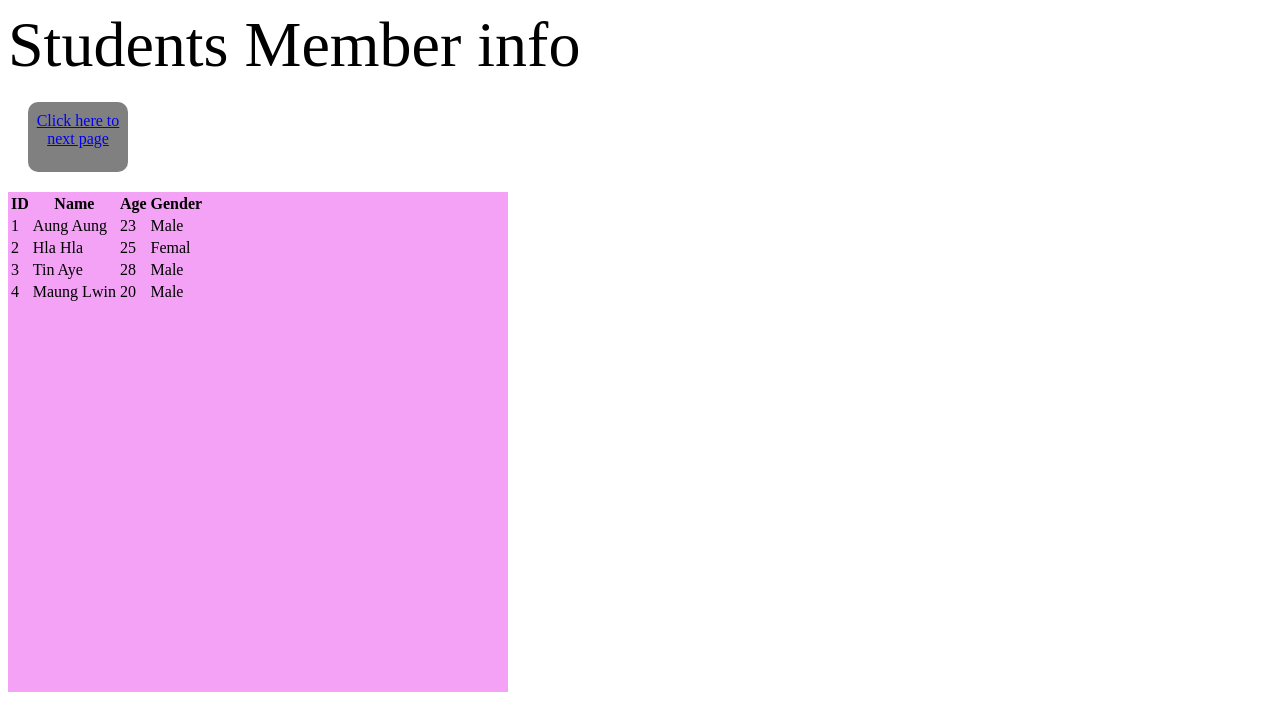
Repository: ThantLwinSoe/Servlet
Page: 01-Communication/src/main/webapp/index.html
An editor plug-in stored every save of this project. The page is shown before and after the next save, followed by the edit.
The browser window is 1280 px wide. The pictures show the whole page.

Above is the page before, as saved 2023-02-07 02:47:55.

After the next save:
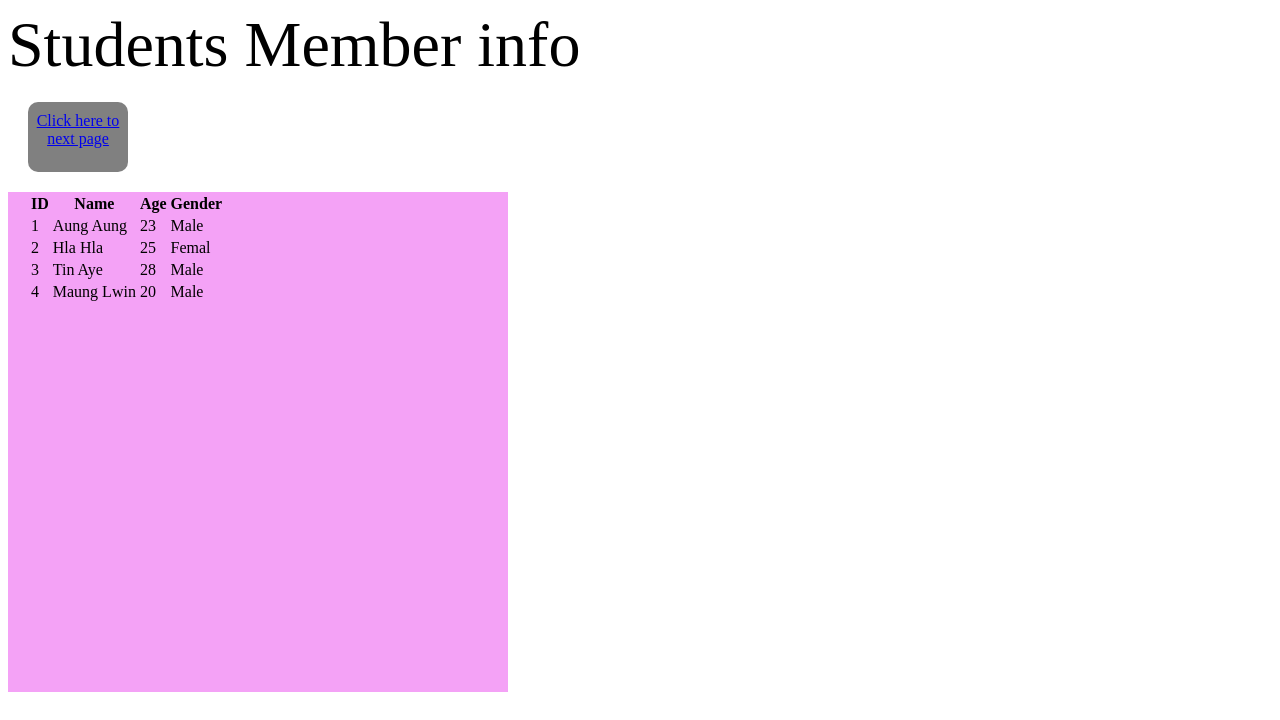
Saved 48 s later.
--- a/01-Communication/src/main/webapp/index.html
+++ b/01-Communication/src/main/webapp/index.html
@@ -21,6 +21,9 @@ h {
 	width: 500px;
 	height: 500px;
 	background: #F4A2F6;
+}
+.table_one {
+	margin: 20px;
 }
 </style>
 <title>Servlet Communication</title>
